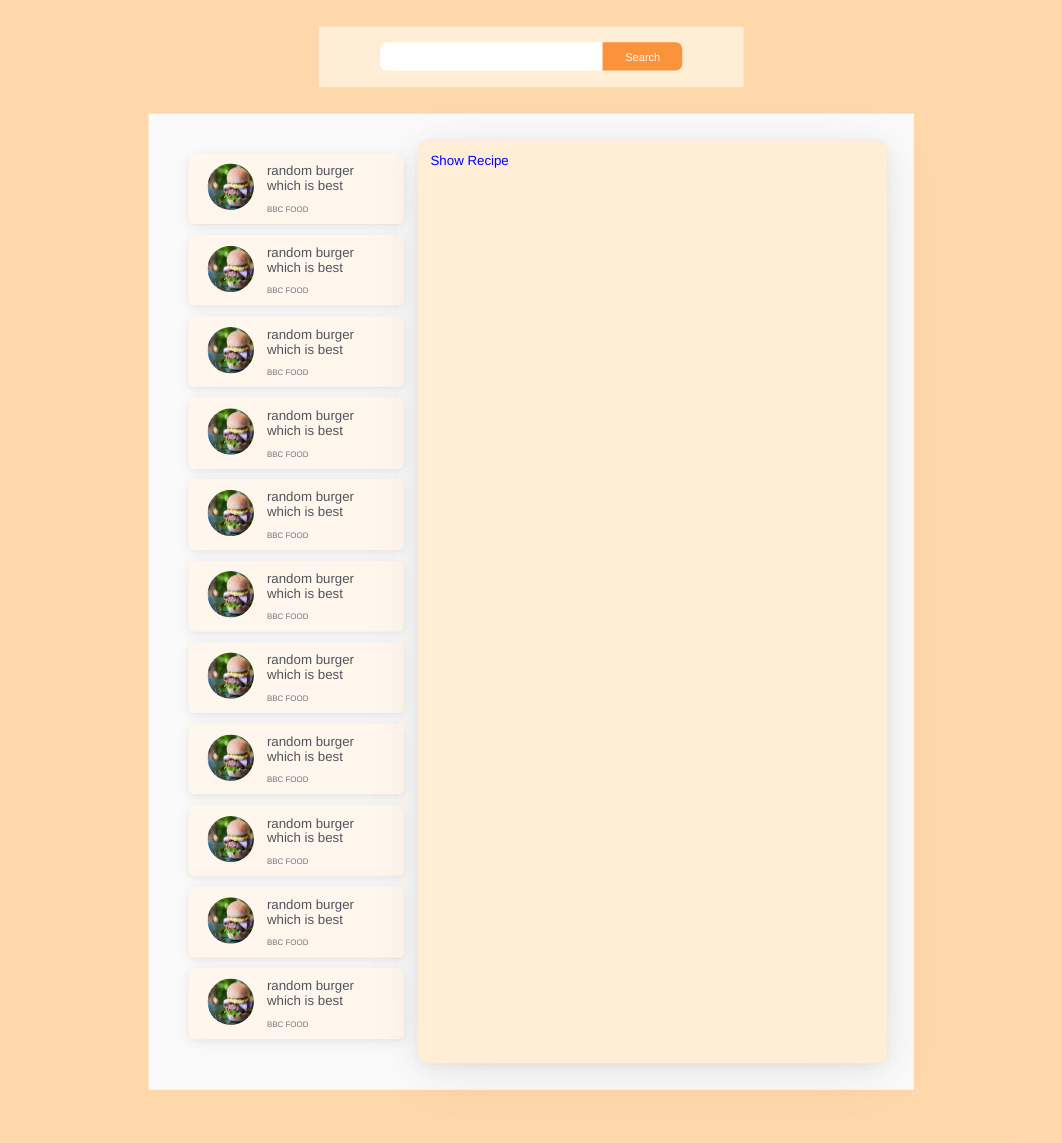
Repository: sandipkarmokar/recipeApp
Page: /
These files come from the project's save history. The page is drawn as it stood at one moment and after the next save; the edit follows.
The browser window is 1280 px wide. The pictures show the whole page, at 83% of full size.
The project was rebuilt for these pictures with package versions that can differ from the ones it lists, and the page was loaded fresh each time.

Above is the page before, as saved 2022-04-16 12:33:21.

### src/App.js
import { useState } from 'react';
import './App.css';
import SearchBar from './components/searchBar';
import ListView from './components/listView';
import RecipeShow from './components/recipeShow';

const App = () => {
    const [query, setQuery] = useState('');
    const [recipeList, setRecipeList] = useState([]);
    const [isLoading, setIsLoading] = useState(true);
    const [recipeId, setRecipeId] = useState('');

    const url = `https://forkify-api.herokuapp.com/api/search?q=${query}`;
    const recipeUrl = `https://forkify-api.herokuapp.com/api/get?rId=${recipeId}`;

    return (
        <div className="app">
            <div className="app-container">
                <SearchBar></SearchBar>
                <div className="recipe-modal">
                    <ListView></ListView>
                    <RecipeShow></RecipeShow>
                </div>
            </div>
        </div>
    );
};

export default App;

### src/App.css
* {
    margin: 0;
    padding: 0;
    box-sizing: border-box;
    font-family: Helvetica, sans-serif;
}

.app {
    height: 100%;
    width: 100vw;
    background-color: #fed7aa;
}

.app .app-container {
    margin: 0 auto;
    width: 80%;
    padding: 2rem 0;
    display: flex;
    justify-content: center;
    flex-direction: column;
}

.app .app-container .searchBar {
    width: 50%;
    background-color: #ffedd5;
    padding: 1.2rem 1rem;
    margin: 0 auto;
    width: 50%;
    display: flex;
    justify-content: center;
}
.app .app-container .searchBar .searchBar-container {
    width: 80%;
    margin: 0 auto;
    display: flex;
    justify-content: center;
}
.app .app-container .searchBar .searchBar-container input {
    width: 70%;
    padding: 0.4rem 1rem;
    border: none;
    border-radius: 0.5rem 0 0 0.5rem;
}

.app .app-container .searchBar .searchBar-container button {
    width: 25%;
    padding: 0.6rem 1rem;
    background-color: #fb923c;
    border: none;
    color: #fff;
    border-radius: 0 0.5rem 0.5rem 0;
}

.app .app-container .recipe-modal {
    width: 90%;
    background-color: #fafafa;
    margin: 2rem auto;
    display: flex;
    justify-content: space-between;
    padding: 2rem;
}

.app .app-container .recipe-modal .recipeList {
    padding: 1rem;
}

.app
    .app-container
    .recipe-modal
    .recipeList
    .recipeList-container
    .recipe-item {
    display: flex;
    background-color: #fff7ed;
    padding: 0.8rem 1.4rem;
    margin-bottom: 0.8rem;
    box-shadow: 0px 5px 24px rgba(0, 0, 0, 0.04),
        0px 3.24074px 14.0556px rgba(0, 0, 0, 0.0303704),
        0px 1.92593px 7.64444px rgba(0, 0, 0, 0.0242963),
        0px 1px 3.9px rgba(0, 0, 0, 0.02),
        0px 0.407407px 1.95556px rgba(0, 0, 0, 0.0157037),
        0px 0.0925926px 0.944444px rgba(0, 0, 0, 0.00962963);
    border-radius: 0.4rem;
}
.app
    .app-container
    .recipe-modal
    .recipeList
    .recipeList-container
    .recipe-item
    img {
    height: 56px;
    width: 56px;
    border-radius: 100%;
}
.app
    .app-container
    .recipe-modal
    .recipeList
    .recipeList-container
    .recipe-item
    .info {
    display: flex;
    flex-direction: column;
    margin-left: 1rem;
}
.app
    .app-container
    .recipe-modal
    .recipeList
    .recipeList-container
    .recipe-item
    .info
    .title {
    color: #52525b;
    font-size: 1rem;
}
.app
    .app-container
    .recipe-modal
    .recipeList
    .recipeList-container
    .recipe-item
    .info
    .publisher {
    color: #71717a;
    font-size: 0.6rem;
    margin-top: 0.8rem;
}

.app .app-container .recipe-modal .recipeShow {
    background-color: #ffedd5;
    box-shadow: 0px 12px 80px rgba(0, 0, 0, 0.05),
        0px 7.77778px 46.8519px rgba(0, 0, 0, 0.037963),
        0px 4.62222px 25.4815px rgba(0, 0, 0, 0.0303704),
        0px 2.4px 13px rgba(0, 0, 0, 0.025),
        0px 0.977778px 6.51852px rgba(0, 0, 0, 0.0196296),
        0px 0.222222px 3.14815px rgba(0, 0, 0, 0.012037);
    border-radius: 12px;
    width: 80%;
    padding: 1rem;
}
.app .app-container .recipe-modal .recipeShow .recipeShow-container {
    color: blue;
}

### src/components/searchBar.js
import React from 'react';

const SearchBar = () => {
    return (
        <div className="searchBar">
            <form className="searchBar-container">
                <input type="text" />
                <button type="submit">Search</button>
            </form>
        </div>
    );
};

export default SearchBar;

### src/components/listView.js
import React from 'react';
import data from './data';

const ListView = () => {
    return (
        <div className="recipeList">
            <div className="recipeList-container">
                {data.map((el) => {
                    console.log(data);
                    return (
                        <div className="recipe-item">
                            <img src={el.img} alt="" />
                            <div className="info">
                                <p className="title">{el.title}</p>
                                <p className="publisher">{el.publisher}</p>
                            </div>
                        </div>
                    );
                })}
            </div>
        </div>
    );
};

export default ListView;

### src/components/recipeShow.js
import React from 'react';
import recipeData from './recipeData';

const RecipeShow = () => {
    console.log(recipeData);
    return (
        <div className="recipeShow">
            <div className="recipeShow-container">
                <p>Show Recipe</p>
            </div>
        </div>
    );
};

export default RecipeShow;

### src/components/data.js
import image from '../components/food.jpg';

const data = [
    {
        id: 1,
        img: image,
        title: 'random burger which is best',
        publisher: 'BBC FOOD',
    },
    {
        id: 1,
        img: image,
        title: 'random burger which is best',
        publisher: 'BBC FOOD',
    },
    {
        id: 1,
        img: image,
        title: 'random burger which is best',
        publisher: 'BBC FOOD',
    },
    {
        id: 1,
        img: image,
        title: 'random burger which is best',
        publisher: 'BBC FOOD',
    },
    {
        id: 1,
        img: image,
        title: 'random burger which is best',
        publisher: 'BBC FOOD',
    },
    {
        id: 1,
        img: image,
        title: 'random burger which is best',
        publisher: 'BBC FOOD',
    },
    {
        id: 1,
        img: image,
        title: 'random burger which is best',
        publisher: 'BBC FOOD',
    },
    {
        id: 1,
        img: image,
        title: 'random burger which is best',
        publisher: 'BBC FOOD',
    },
    {
        id: 1,
        img: image,
        title: 'random burger which is best',
        publisher: 'BBC FOOD',
    },
    {
        id: 1,
        img: image,
        title: 'random burger which is best',
        publisher: 'BBC FOOD',
    },
    {
        id: 1,
        img: image,
        title: 'random burger which is best',
        publisher: 'BBC FOOD',
    },
];

export default data;

### src/components/recipeData.js
const recipeData = [
    {
        recipe: {
            publisher: '101 Cookbooks',
            ingredients: [
                '4 1/2 cups (20.25 ounces) unbleached high-gluten, bread, or all-purpose flour, chilled',
                '1 3/4 (.44 ounce) teaspoons salt',
                '1 teaspoon (.11 ounce) instant yeast',
                '1/4 cup (2 ounces) olive oil (optional)',
                '1 3/4 cups (14 ounces) water, ice cold (40F)',
                'Semolina flour OR cornmeal for dusting',
            ],
            source_url: 'http://www.101cookbooks.com/archives/001199.html',
            recipe_id: '47746',
            image_url:
                'http://forkify-api.herokuapp.com/images/best_pizza_dough_recipe1b20.jpg',
            social_rank: 100,
            publisher_url: 'http://www.101cookbooks.com',
            title: 'Best Pizza Dough Ever',
        },
    },
];

export default recipeData;

Loaded but not shown: public/index.html (common file); src/index.js (common file); src/index.css (common file); src/reportWebVitals.js (common file)

After the next save:
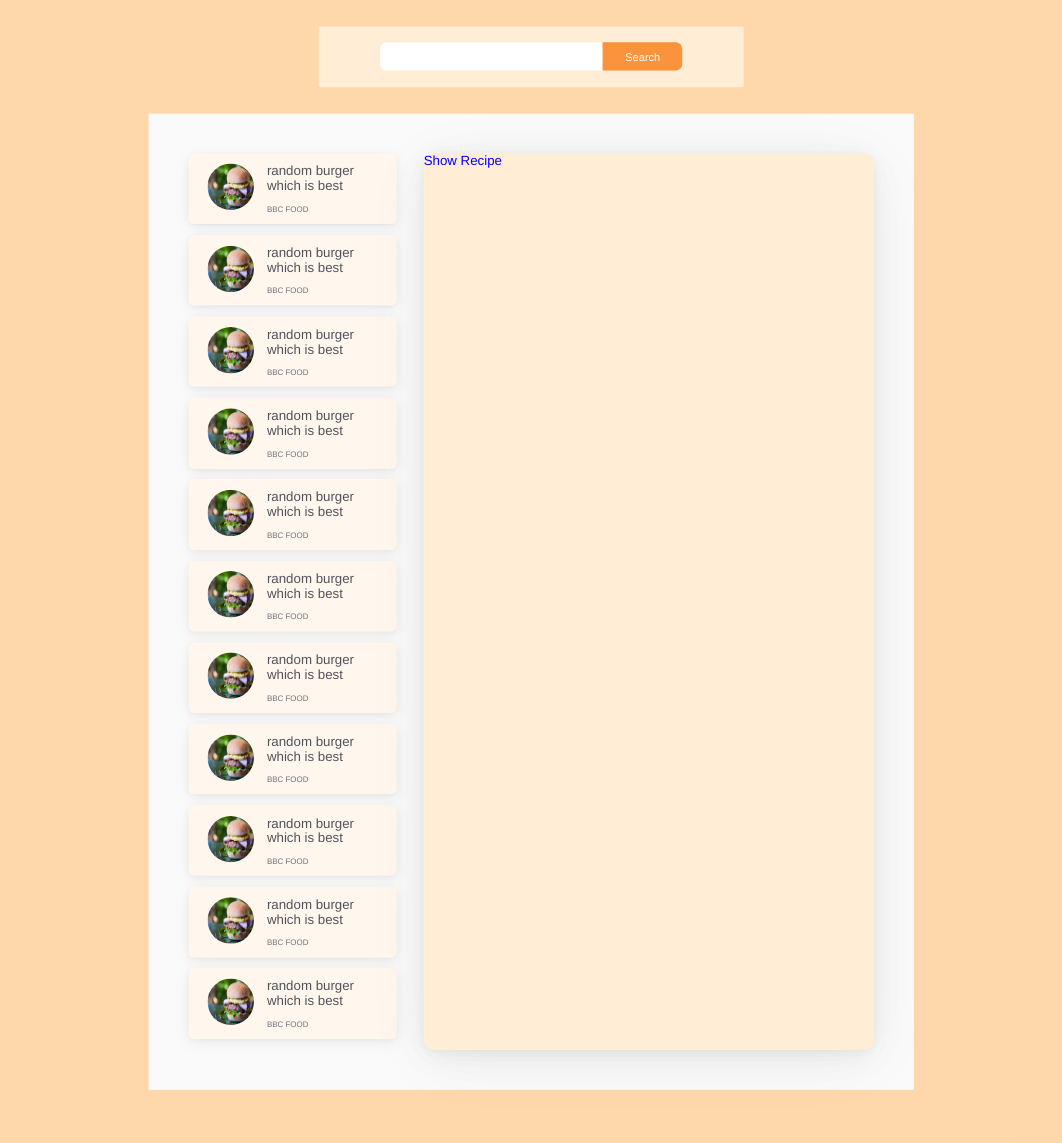
Saved 16 s later.
--- a/src/App.css
+++ b/src/App.css
@@ -138,7 +138,7 @@
         0px 0.222222px 3.14815px rgba(0, 0, 0, 0.012037);
     border-radius: 12px;
     width: 80%;
-    padding: 1rem;
+    margin: 1rem;
 }
 .app .app-container .recipe-modal .recipeShow .recipeShow-container {
     color: blue;
